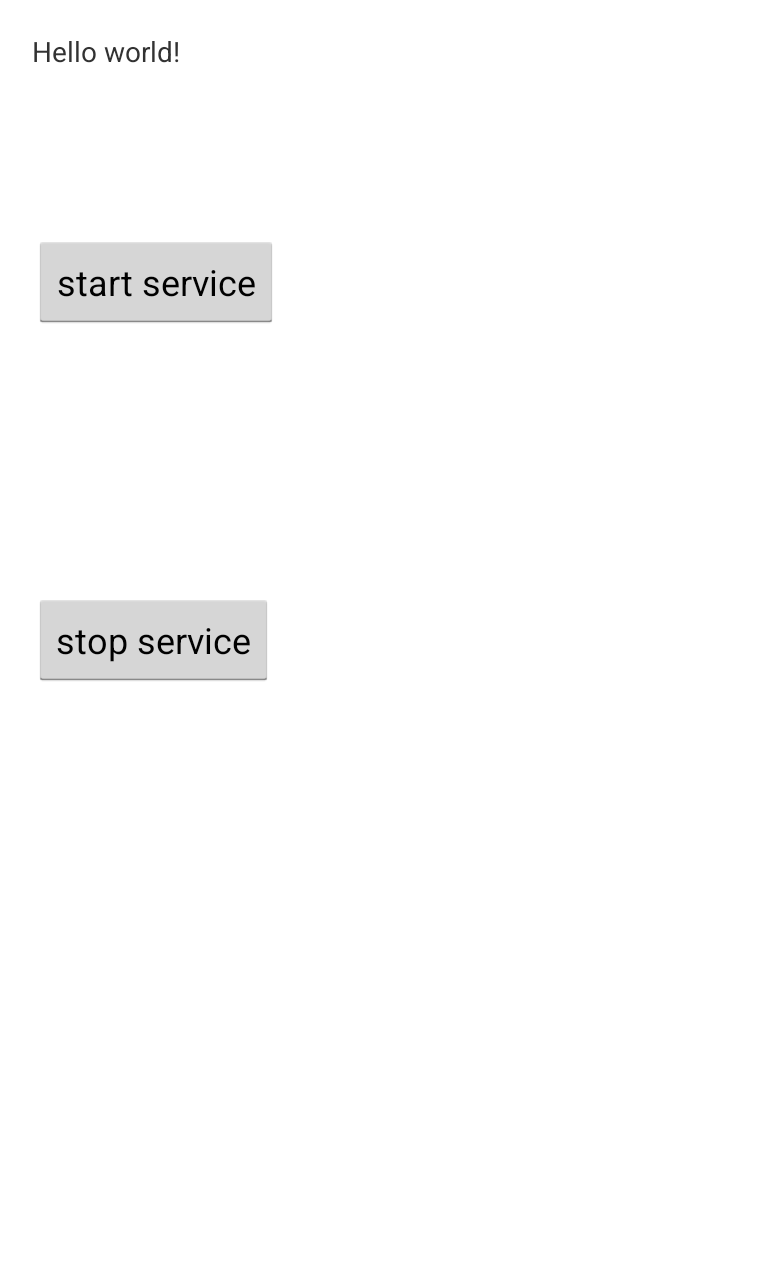
Repository: avenosu/android-coding-practice
Layout: Z002UsingService/res/layout/activity_main.xml
An editor plug-in stored every save of this project. The layout is shown before and after the next save, followed by the edit.
It is drawn on a 768 x 1280 px phone screen (xhdpi) without system bars, with theme AppTheme; the app's code is not run.

Above is the layout before, as saved 2015-03-24 13:01:06.

### Z002UsingService/res/layout/activity_main.xml
<RelativeLayout xmlns:android="http://schemas.android.com/apk/res/android"
    xmlns:tools="http://schemas.android.com/tools"
    android:layout_width="match_parent"
    android:layout_height="match_parent"
    android:paddingBottom="@dimen/activity_vertical_margin"
    android:paddingLeft="@dimen/activity_horizontal_margin"
    android:paddingRight="@dimen/activity_horizontal_margin"
    android:paddingTop="@dimen/activity_vertical_margin"
    tools:context="com.ZZZ.z002usingservice.MainActivity" >

    <TextView
        android:id="@+id/textView1"
        android:layout_width="wrap_content"
        android:layout_height="wrap_content"
        android:text="@string/hello_world" />

    <Button
        android:id="@+id/mainactivity_button1_startservice"
        android:layout_width="wrap_content"
        android:layout_height="wrap_content"
        android:layout_alignLeft="@+id/textView1"
        android:layout_below="@+id/textView1"
        android:layout_marginTop="82dp"
        android:text="start service" />

    <Button
        android:id="@+id/mainactivity_button2_stopservice"
        android:layout_width="wrap_content"
        android:layout_height="wrap_content"
        android:layout_alignLeft="@+id/mainactivity_startservice"
        android:layout_alignRight="@+id/mainactivity_startservice"
        android:layout_centerVertical="true"
        android:text="stop service" />

</RelativeLayout>

### Z002UsingService/res/values/strings.xml
<?xml version="1.0" encoding="utf-8"?>
<resources>

    <string name="app_name">Z002UsingService</string>
    <string name="hello_world">Hello world!</string>
    <string name="action_settings">Settings</string>

</resources>

Loaded but not shown: Z002UsingService/res/values/styles.xml (common file); Z002UsingService/res/values-v11/styles.xml (common file); Z002UsingService/res/values-v14/styles.xml (common file); Z002UsingService/res/values/dimens.xml (common file); Z002UsingService/res/values-w820dp/dimens.xml (common file)

After the next save:
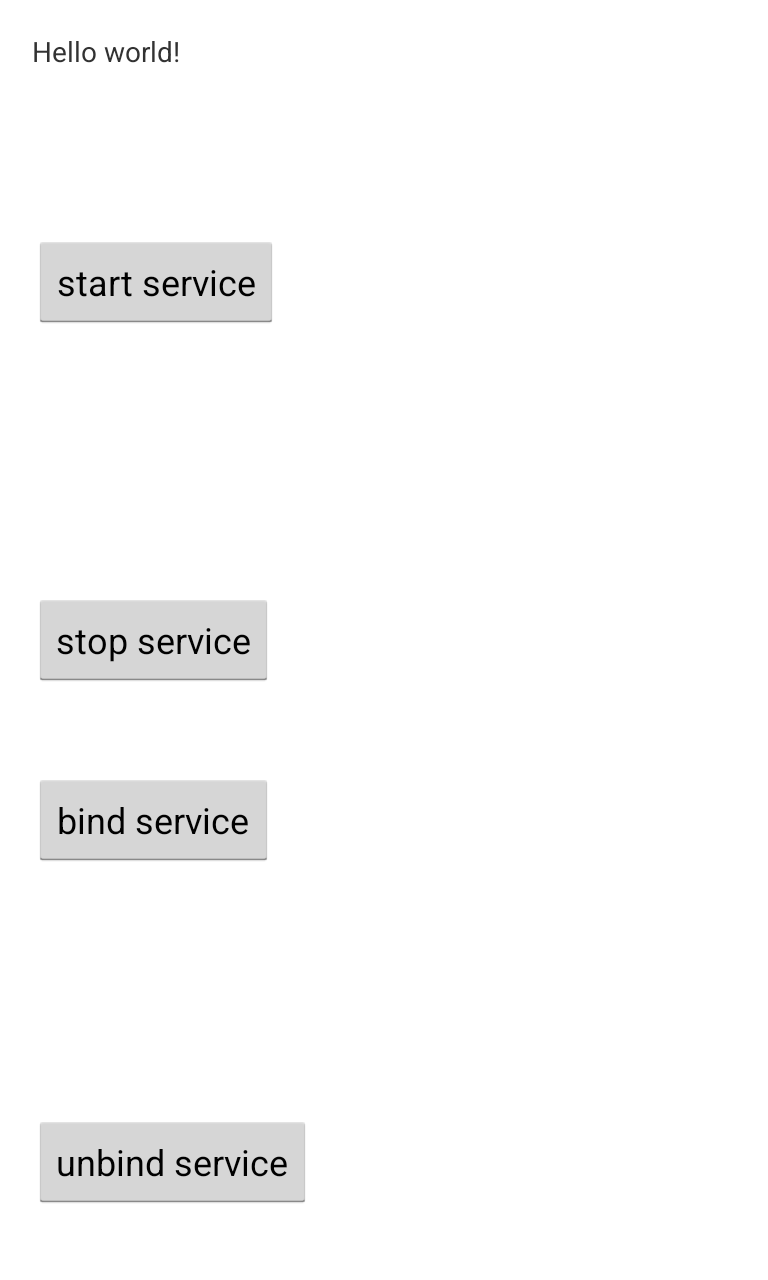
Saved 30 min 52 s later.
--- a/Z002UsingService/res/layout/activity_main.xml
+++ b/Z002UsingService/res/layout/activity_main.xml
@@ -32,4 +32,24 @@
         android:layout_centerVertical="true"
         android:text="stop service" />
 
+    <Button
+        android:id="@+id/mainactivity_button3_bindservice"
+        android:layout_width="wrap_content"
+        android:layout_height="wrap_content"
+        android:layout_alignLeft="@+id/mainactivity_button2_stopservice"
+        android:layout_alignRight="@+id/mainactivity_button2_stopservice"
+        android:layout_below="@+id/mainactivity_button2_stopservice"
+        android:layout_marginTop="42dp"
+        android:text="bind service" />
+
+    <Button
+        android:id="@+id/mainactivity_button4_unbindservice"
+        android:layout_width="wrap_content"
+        android:layout_height="wrap_content"
+        android:layout_alignLeft="@+id/button1"
+        android:layout_alignParentBottom="true"
+        android:layout_alignRight="@+id/button1"
+        android:layout_marginBottom="19dp"
+        android:text="unbind service" />
+
 </RelativeLayout>
